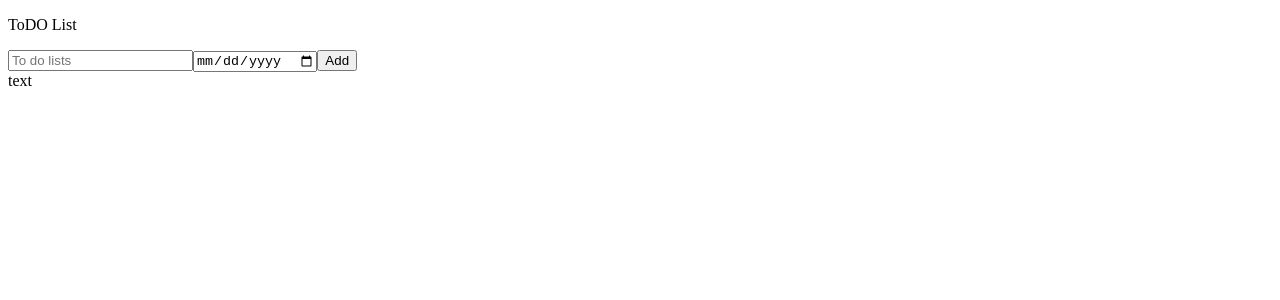
Repository: pgyunknown/ToDo-List
Page: index.html
These files come from the project's save history. The page is drawn as it stood at one moment and after a run of saves; the edit follows.
The browser window is 1280 px wide. The pictures show the whole page.

Above is the page before, as saved 2024-08-29 19:27:08.
Console error: SyntaxError: Unexpected token '}'

After the next 3 saves:
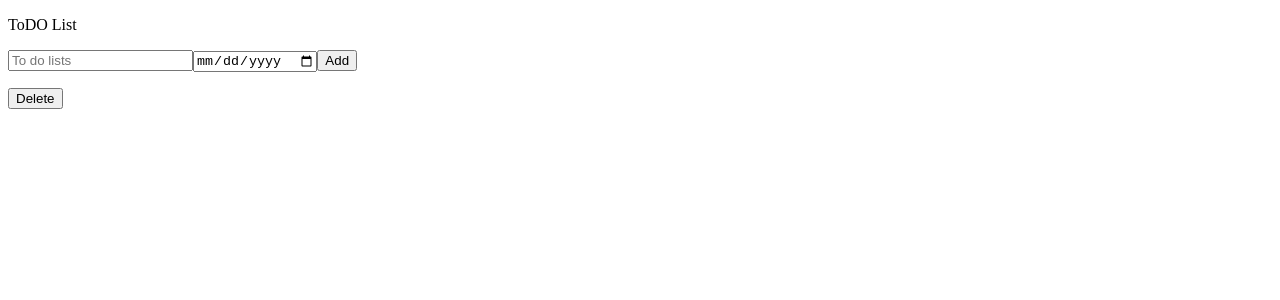
Console error: ReferenceError: inputElement is not defined
The 3 saves are shown as one change because they came seconds apart.
The last was saved 8 s later.
--- a/index.js
+++ b/index.js
@@ -38,4 +38,3 @@ function addWork(){
   inputElement.value='';
   // console.log(todoList);
   eventList();
-}

After the 2 saves that followed:
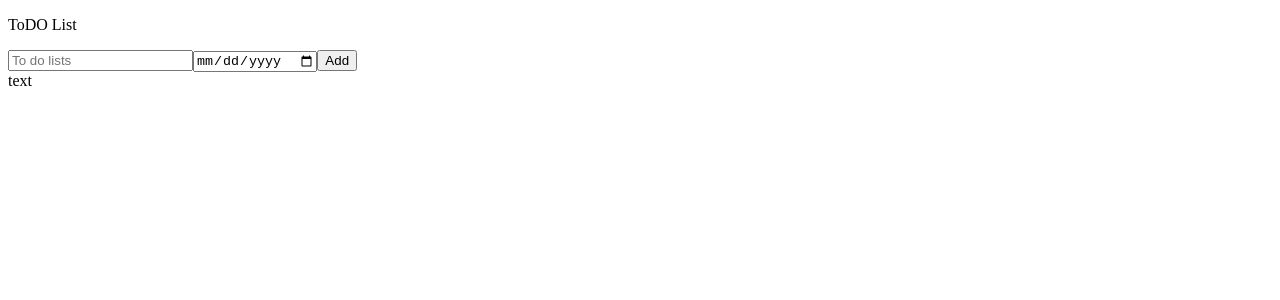
Console error: SyntaxError: Unexpected end of input
The 2 saves are shown as one change because they came seconds apart.
The last was saved 10 s later.
--- a/index.js
+++ b/index.js
@@ -32,8 +32,6 @@ function addWork(){
     name:name,
     duedate:duedate
   });
-}
-
 
   inputElement.value='';
   // console.log(todoList);
